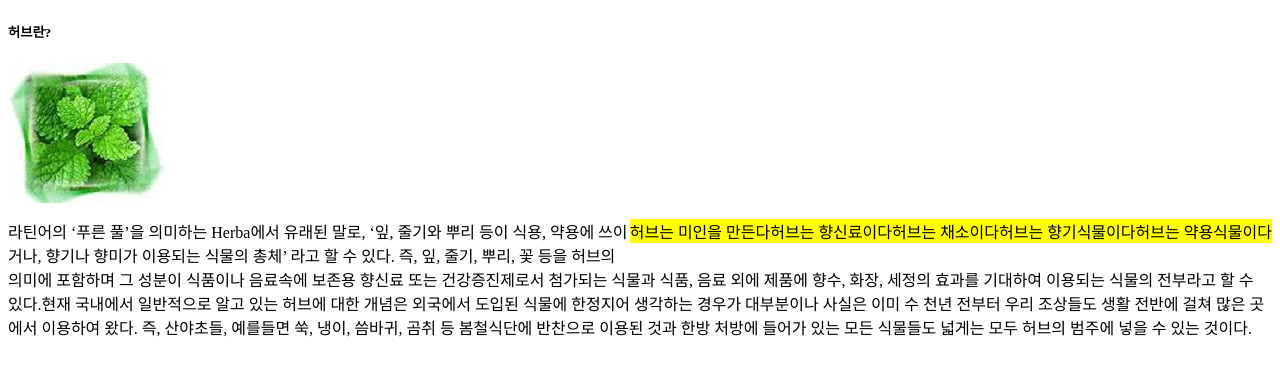
Repository: RyuJelly/java_web
Page: CSS/WebContent/exam2/position.html
These files come from the project's save history. The page is drawn as it stood at one moment and after the next save; the edit follows.
The browser window is 1280 px wide. The pictures show the whole page.

Above is the page before, as saved 2021-03-08 01:46:36.

After the next save:
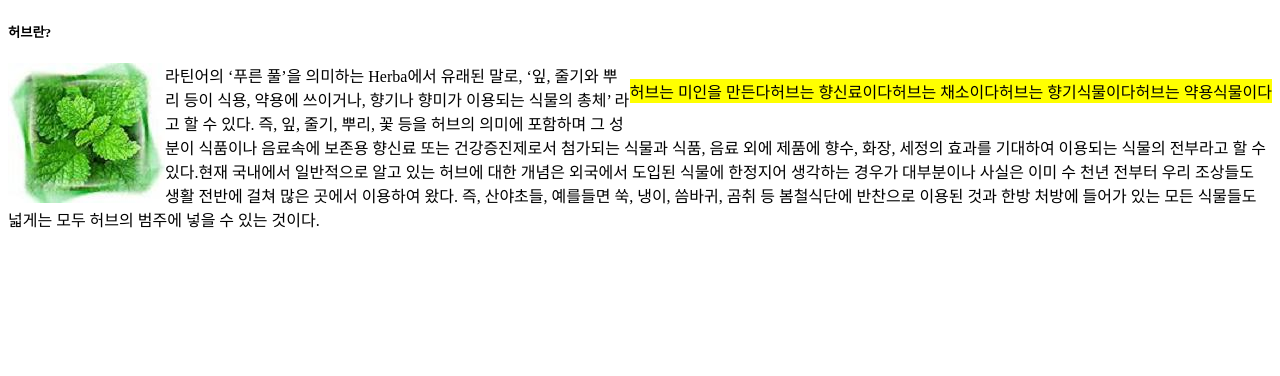
Saved 46 s later.
--- a/CSS/WebContent/exam2/position.html
+++ b/CSS/WebContent/exam2/position.html
@@ -5,6 +5,9 @@
 <meta http-equiv="Content-Type" content="text/html; charset=EUC-KR" />
 <title>Insert title here</title>
 <style type="text/css">
+	#balm{
+		float: left;
+	}
 	#sidetext{
 		float: right;
 		background-color: yellow;
